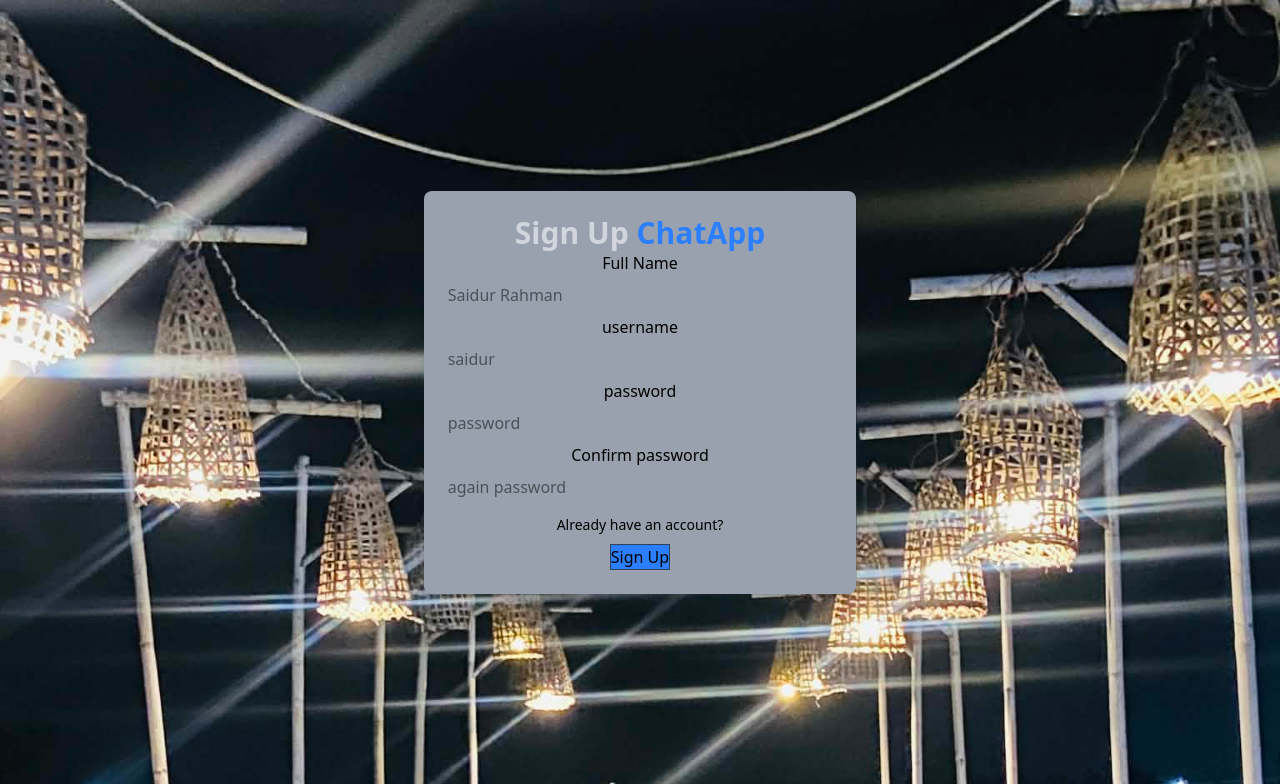
Repository: ridhukhan/chatapp
Page: / (app in frontend/)
An editor plug-in stored every save of this project. The page is shown before and after the next save, followed by the edit.
The browser window is 1280 px wide. The pictures show the whole page.
Backgrounds fixed to the window are drawn as part of the page. The project was rebuilt for these pictures with package versions that can differ from the ones it lists, and the page was loaded fresh each time. Also part of the build but not shown: frontend/vite.config.js, frontend/src/Pages/login/Login.jsx.

Above is the page before, as saved 2025-12-25 13:20:51.

After the next save:
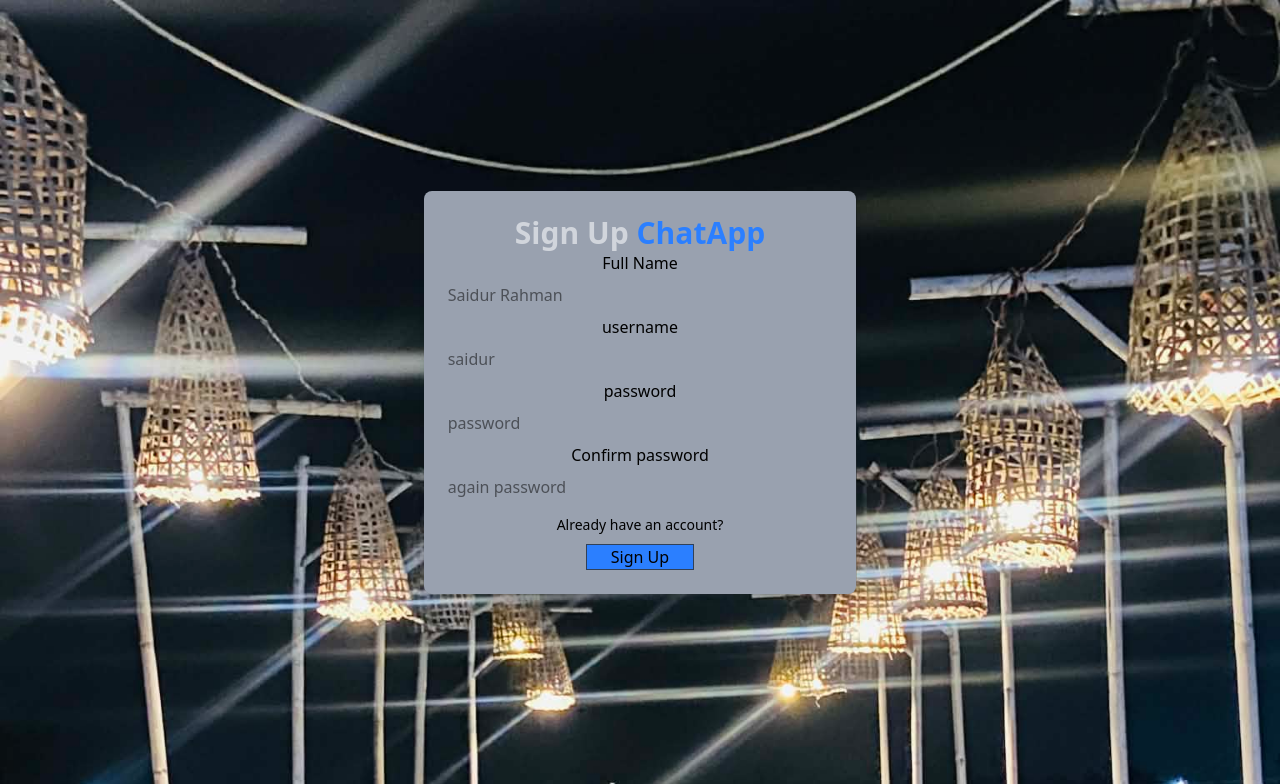
Saved 19 s later.
--- a/frontend/src/Pages/signup/SignUp.jsx
+++ b/frontend/src/Pages/signup/SignUp.jsx
@@ -47,7 +47,7 @@
 					</a>
 
 					<div>
-						<button className='btn btn-block btn-sm mt-2 border border-slate-700 bg-blue-500' >Sign Up</button>
+						<button className=' px-6   btn btn-block btn-sm mt-2 border border-slate-700 bg-blue-500' >Sign Up</button>
 </div>
 
 
